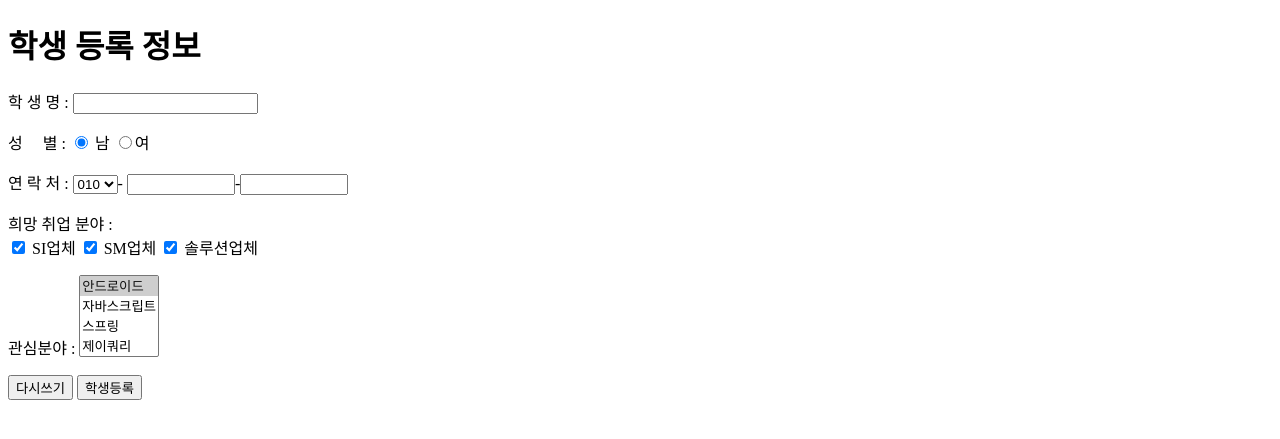
Repository: lopanghub/git_study
Page: http://localhost/JSPStudyCh04Exam/jspFormData02.jsp
These files come from the project's save history. The page is drawn as it stood at one moment and after the next save; the edit follows.
The browser window is 1280 px wide. The pictures show the whole page.
The page is served by Tomcat 9.

Above is the page before, as saved 2024-04-05 08:47:42.

After the next save:
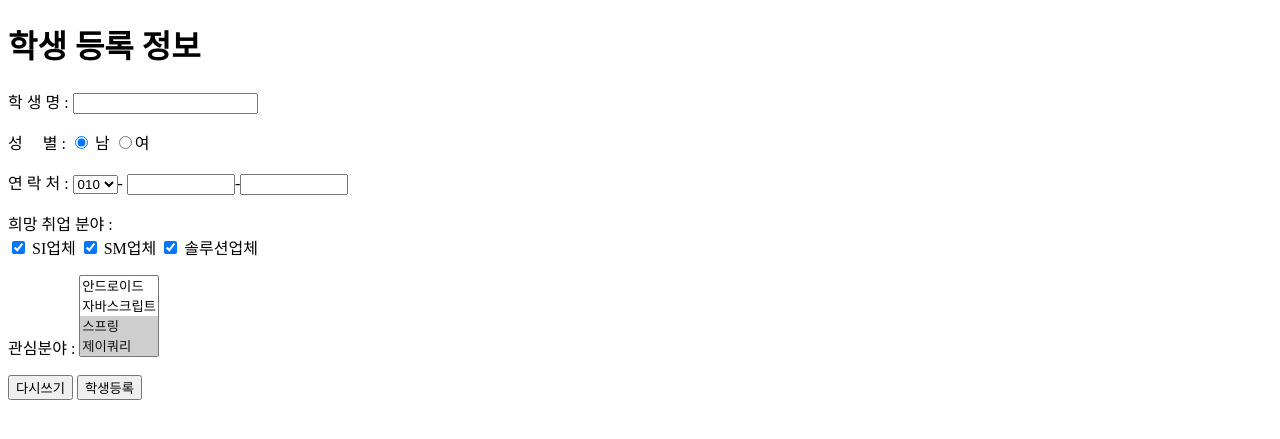
Saved 106 s later.
--- a/JSPStudy/JSPStudyCh04Exam/src/main/webapp/jspFormData02.jsp
+++ b/JSPStudy/JSPStudyCh04Exam/src/main/webapp/jspFormData02.jsp
@@ -28,11 +28,11 @@
 				name="solution" value="solution" checked /> 솔루션업체
 		</p>
 		<p>
-			관심분야 : <select size="4" multiple>
-				<option name="subject" selected>안드로이드</option>
-				<option>자바스크립트</option>
-				<option>스프링</option>
-				<option>제이쿼리</option>
+			관심분야 : <select name="subject" size="4" multiple>
+				<option value="Android" >안드로이드</option>
+				<option value="javaScript" >자바스크립트</option>
+				<option value="spring" selected>스프링</option>
+				<option value="jQuery" selected>제이쿼리</option>
 			</select>
 		</p>
 		<p>
